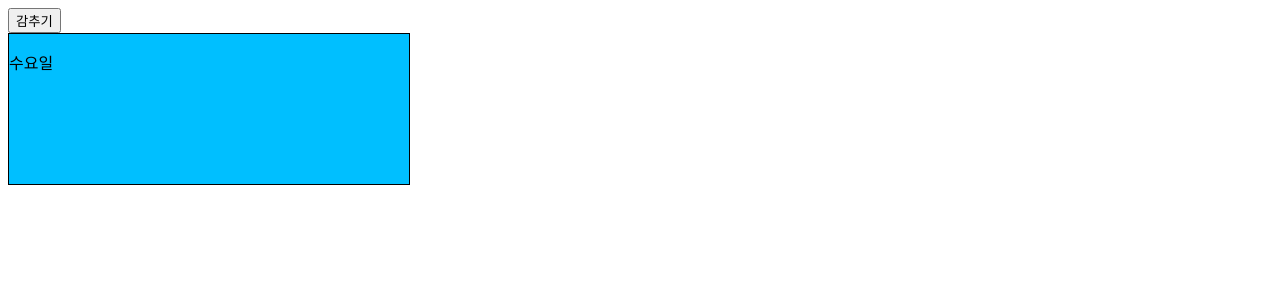
Repository: CHOKIHO/html
Page: work/0111/WebContent/ex12_jquery_animate.html
An editor plug-in stored every save of this project. The page is shown before and after the next save, followed by the edit.
The browser window is 1280 px wide. The pictures show the whole page.
Some web libraries are served in a nearby version.

Above is the page before, as saved 2017-01-11 06:35:09.

After the next save:
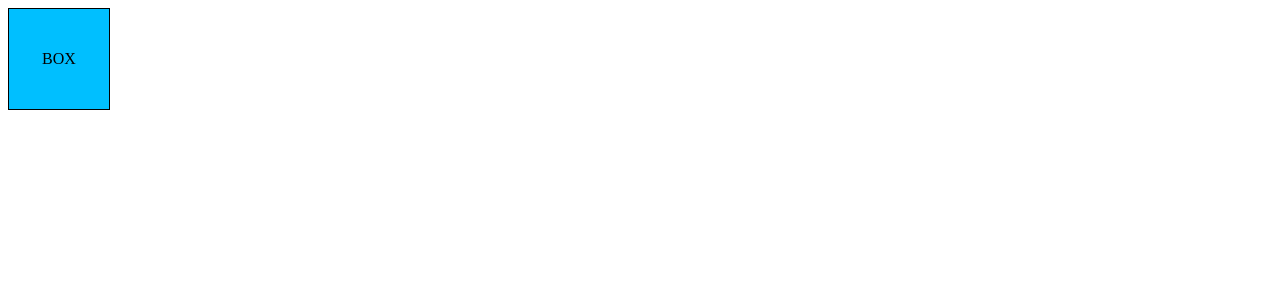
Saved 105 s later.
--- a/work/0111/WebContent/ex12_jquery_animate.html
+++ b/work/0111/WebContent/ex12_jquery_animate.html
@@ -6,34 +6,22 @@
 <script src="https://code.jquery.com/jquery-3.1.1.js"></script>
 
 <style type="text/css">
-	div {
-		width: 400px;
-		height: 150px;
+	div#box {
+		width: 100px;
+		height: 100px;
 		border: 1px solid black;
 		border-collapse: collapse;
 		background-color: #00bfff;
+		text-align: center;
+		line-height: 100px;
 	}
 
-	.test {
-		font-size: 20px;
-		font-weight: bold;
-		color: blue;
-	}
 </style>
 
 <script type="text/javascript">
 
-	jQuery(function() {
+	$(function() {
 
-		$("#btn").bind("click", function() {
-
-			$(this).prop("value", $("div").is(":hidden") ? "감추기" : "보이기");
-
-			//$("div").slideToggle(500);
-
-
-
-		});
 
 	});
 
@@ -42,11 +30,7 @@
 </head>
 <body>
 
-	<input type="button" value="감추기" id="btn"/>
-
-	<div>
-		<p>수요일</p>
-	</div>
+	<div id="box">BOX</div>
 
 </body>
 </html>
